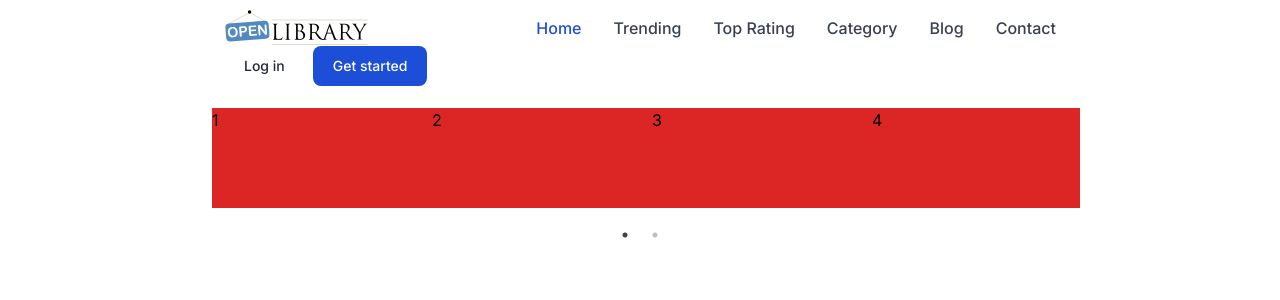
Repository: XuanKhanhHoang/Library-System-Frontend
Page: /
The author's editor kept a copy of each file at every save. The page is drawn from the files as they stood at one save, then again after the next save.
The browser window is 1280 px wide. The pictures show the whole page.
The project was rebuilt for these pictures with package versions that can differ from the ones it lists, and the page was loaded fresh each time. The framework's server and built-in components were replaced by stand-ins that run in the browser. Also part of the build but not shown: next.config.mjs.

Above is the page before, as saved 2024-09-22 00:48:52.

After the next save:
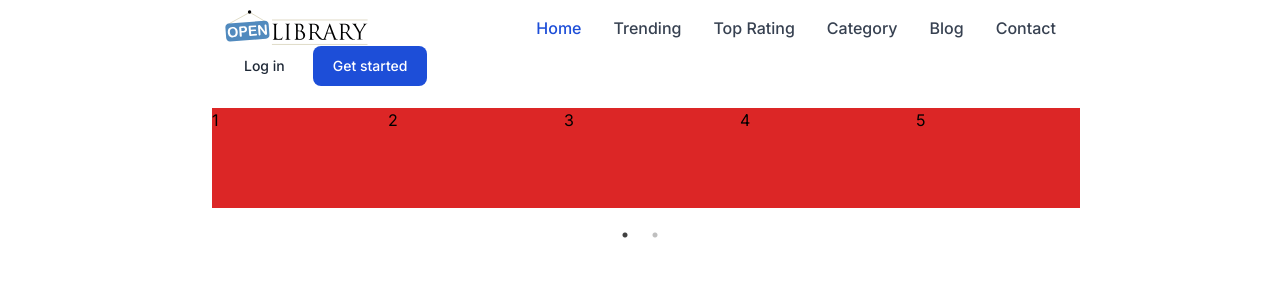
Saved 14 h 28 min later.
--- a/src/app/page.tsx
+++ b/src/app/page.tsx
@@ -9,7 +9,7 @@
     dots: true,
     infinite: false,
     speed: 500,
-    slidesToShow: 4,
+    slidesToShow: 5,
     slidesToScroll: 4,
     initialSlide: 0,
     responsive: [
